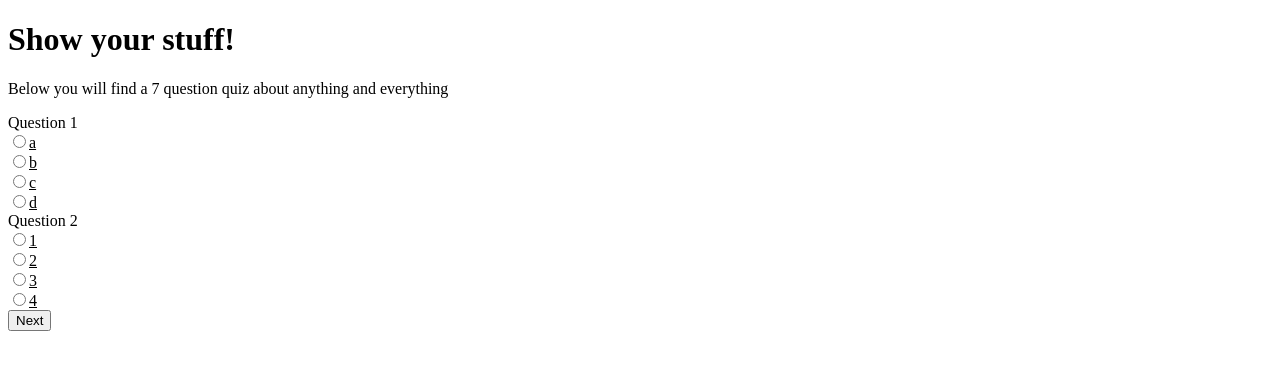
Repository: wsbrunson/Simple-Javascript-Quiz
Page: index.html
The author's editor kept a record of every edit. The page is drawn from the files as they stood at one moment, then again after the next edit.
The browser window is 1280 px wide. The pictures show the whole page.
After loading, the first visible `#next-button` was clicked once.

Above is the page before.

After the next edit:
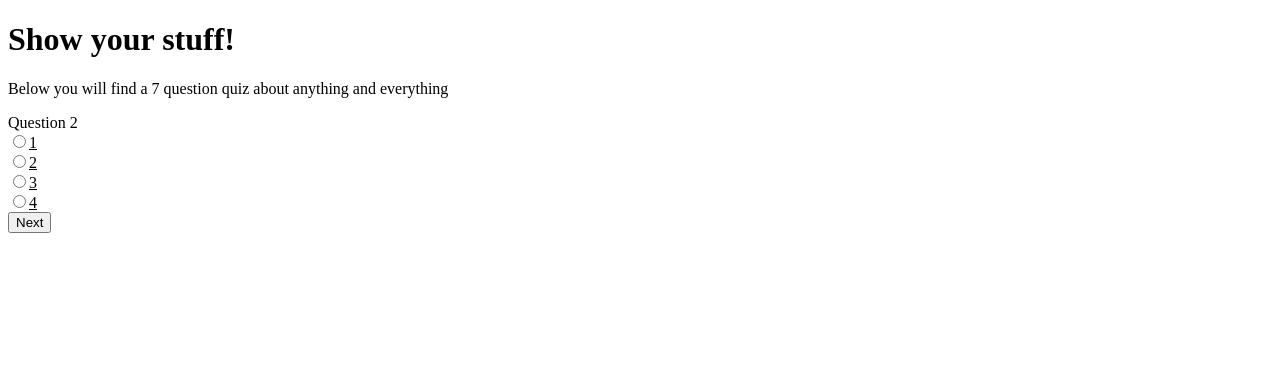
The edit:
--- a/scripts/app.js
+++ b/scripts/app.js
@@ -48,8 +48,8 @@
 
     //Next button
     $('#next-button').click(function() {
-       // $('.question').hide();
-        //$('.radio-label').hide();
+        $('.question').hide();
+        $('.radio-label').hide();
 
         var talleyScore = function() {
                 var findAnswer = allQuestions[questionsIndex].correctAnswer,
